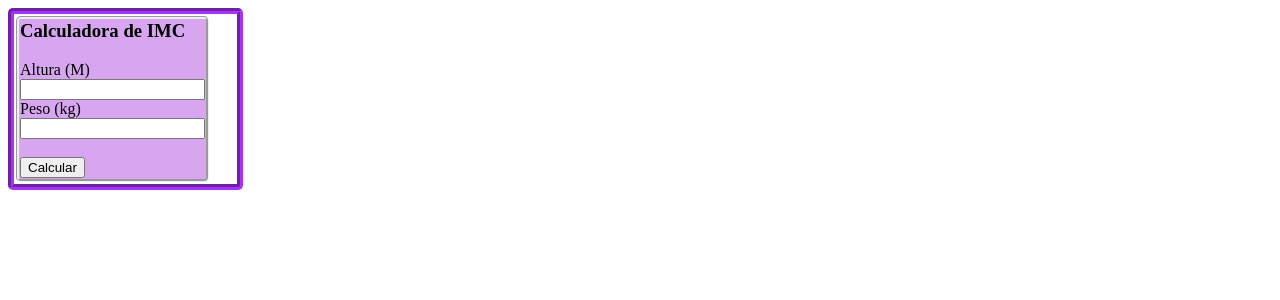
Repository: Patriciamativi/Projetos
Page: index.html
These files come from the project's save history. The page is drawn as it stood at one moment and after the next save; the edit follows.
The browser window is 1280 px wide. The pictures show the whole page.

Above is the page before, as saved 2022-11-21 16:15:50.

After the next save:
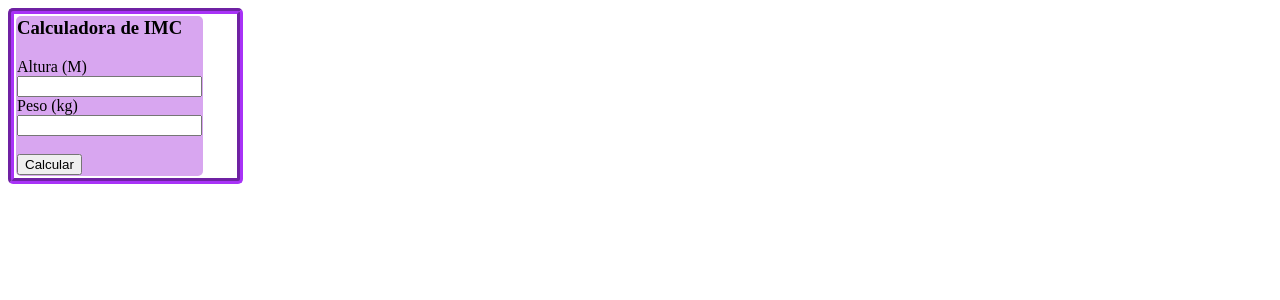
Saved 16 s later.
--- a/style.css
+++ b/style.css
@@ -4,7 +4,7 @@
     width: 223px;
 }
 td {
-    border-style: groove;
+    border-style: 5 px groove;
     border-radius: 5px;
     background-color: rgb(216, 166, 240);
 }

After the 2 saves that followed:
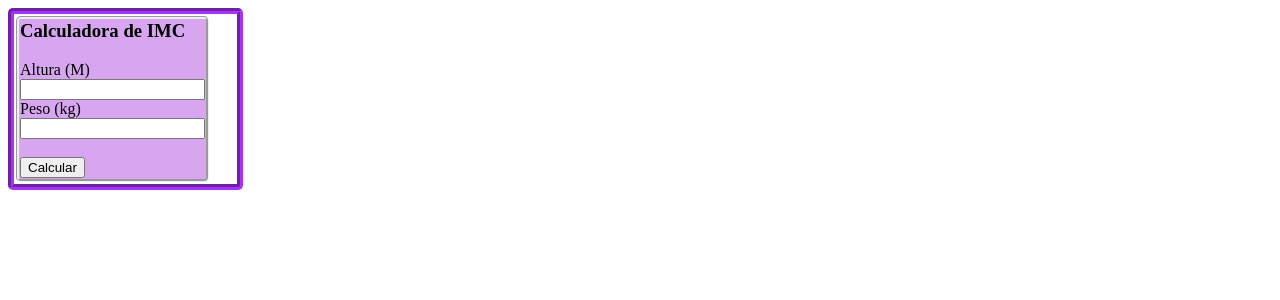
The 2 saves are shown as one change because 1 left the picture as it was.
The last was saved 13 s later.
--- a/style.css
+++ b/style.css
@@ -4,7 +4,7 @@
     width: 223px;
 }
 td {
-    border-style: 5 px groove;
+    border-style: groove;
     border-radius: 5px;
     background-color: rgb(216, 166, 240);
 }
